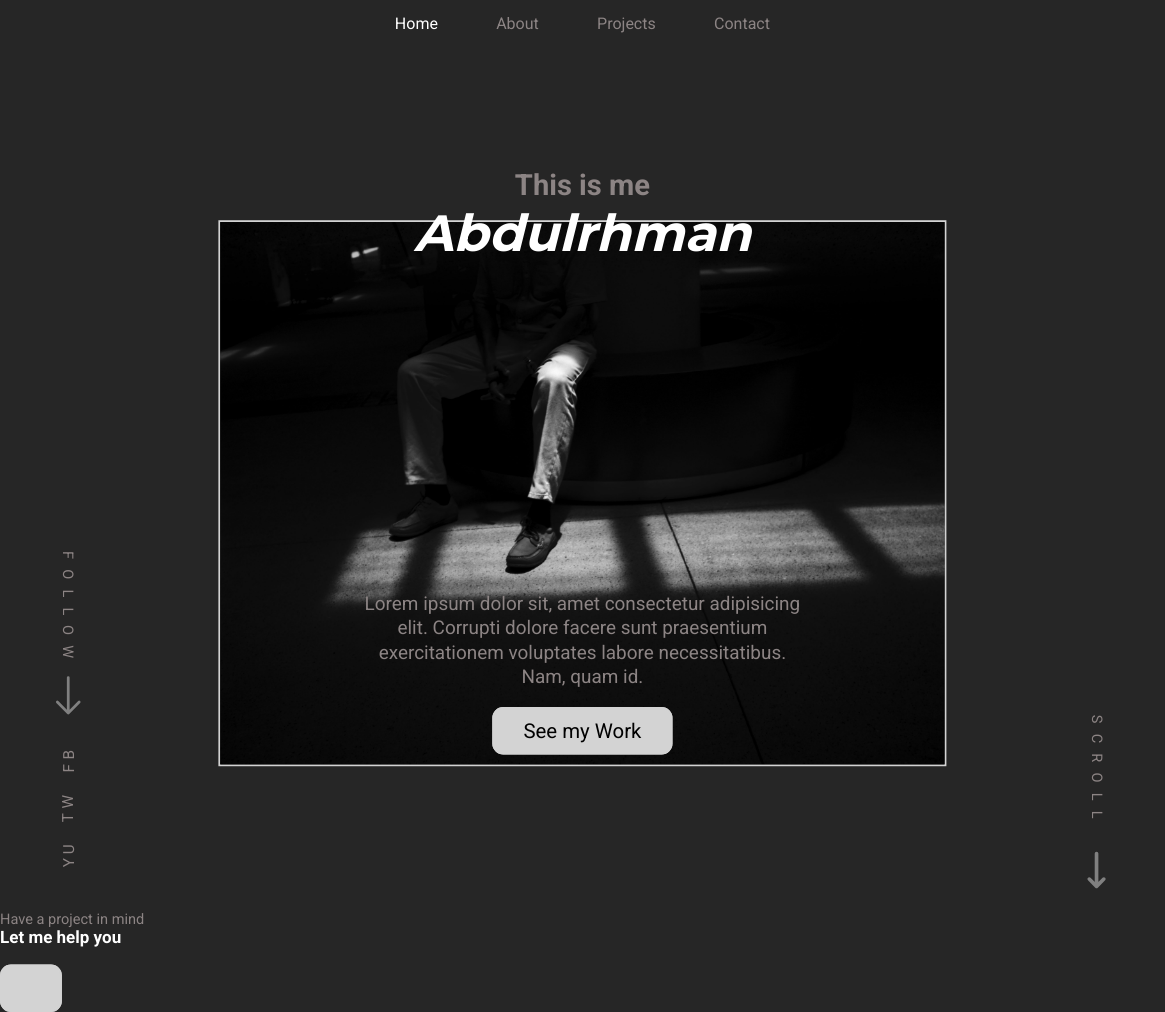
Repository: Abdoulrhman-altyeb/React-Typescript
Page: /
An editor plug-in stored every save of this project. The page is shown before and after the next save, followed by the edit.
The browser window is 1280 px wide. The pictures show the whole page, at 91% of full size.
The project was rebuilt for these pictures with package versions that can differ from the ones it lists, and the page was loaded fresh each time. Also part of the build but not shown: src/Pages/Contact.tsx, src/Pages/About.tsx, src/Pages/Projects.tsx.

Above is the page before, as saved 2021-05-18 15:51:11.

### public/index.html
<!DOCTYPE html>
<html lang="en">

<head>
  <meta charset="utf-8" />
  <meta name="viewport" content="width=device-width, initial-scale=1" />
  <meta name="theme-color" content="#000000" />
  <meta name="description" content="IT Guys Community" />
  <link rel="preconnect" href="https://fonts.gstatic.com">
  <link href="https://fonts.googleapis.com/css2?family=Roboto:wght@300;400;500;700&display=swap" rel="stylesheet">
  <link rel="preconnect" href="https://fonts.gstatic.com">
<link href="https://fonts.googleapis.com/css2?family=Montserrat:wght@200;300;400;500;700&display=swap" rel="stylesheet">
  <title>App Lab</title>
</head>

<body>
  <noscript>You need to enable JavaScript to run this app.</noscript>
  <div id="root"></div>
</body>

</html>

### src/index.tsx
import ReactDOM from "react-dom";
import App from "./App";
import './assits/styles/style.css'

ReactDOM.render(<App/>,document.getElementById("root"));

### src/App.tsx
import React from "react";
import NavBar from './components/NavBar';
import { BrowserRouter as Router, Route, Switch } from 'react-router-dom'
import Home from "./Pages/Home";
import Contact from "./Pages/Contact";
import About from "./Pages/About";
import Projects from "./Pages/Projects";


const App: React.FC = () => {



  return (
    <>
      <Router>
        <NavBar />
        <Switch>
          <Route  path='/' exact>
            <Home />
          </Route>
          <Route path="/contact">
            <Contact />
          </Route>
          <Route path='/about'>
            <About />
          </Route>
          <Route path='/projects'>
              <Projects/>
          </Route>
        </Switch>
      </Router>
    </>
  )
}

export default App;

### src/assits/styles/style.css
* {
    padding:0;
    margin:0;
    box-sizing:border-box;
}

body {
    background:#262626;
    color:white;
    font-family: 'Roboto', sans-serif;
}
img,svg{
    width: 100%;
    height:100%;
    object-fit: cover;
}
.container {
    width:90%;
    max-width:1200px;
    margin: 0 auto;
}

.hero__img {
    height:600px;
}
ul {
    list-style: none;
}
p, h1, span {
    color:#8c8484
}
a {
    text-decoration: none;
    color:#8c8484;
    font-size:0.8rem;
}

### src/components/NavBar.tsx
import React,{useState} from 'react';
import styled from 'styled-components';
import { NavLink } from 'react-router-dom';
import { BiMenu, BiX } from 'react-icons/bi';


const NavBar: React.FC = () => {

    const [isActive, setIsActive] = useState<boolean>(false);

    return (
        <NavBarContainer>
            <div className="hamburgerMenu"
                onClick={() => setIsActive(!isActive)}
                role='button'
                tabIndex={0}
                onKeyDown={() => setIsActive(!isActive)}
            >
                <BiMenu/>
            </div>
            <ul className={isActive ? 'ListItems' : 'ListItems hide-items'}>
                <div className='closeMenu'
                    onClick={() => setIsActive(!isActive)}
                    role='button'
                    tabIndex={0}
                    onKeyDown={() => setIsActive(!isActive)}
                >
                    <BiX/>
                </div>
                <li>
                    <NavLink to='/' exact>
                     Home
                    </NavLink>
                </li>
                <li>
                    <NavLink to="/about">
                        About
                    </NavLink>
                </li>
                <li>
                    <NavLink to='projects'>
                        Projects
                    </NavLink>
                </li>
                <li>
                    <NavLink to='contact'>
                        Contact
                    </NavLink>
                </li>
            </ul>
        </NavBarContainer>
    )
}

const NavBarContainer = styled.nav`
    position: fixed;
    z-index:100;
    top:0;
    left:0;
    background-color:#262626;
    font-family: 'Roboto', sans-serif;
    width:100%;
    ul {
        width:90%;
        max-width:1200px;
        justify-content:center;
        text-align:center;
        margin:0 auto;
        border-radius:12px;
    }
    li {
        display:inline-block;
        cursor:pointer;
    }
    a {
        display:inline-block;
        padding:1rem 2rem;
        font-size:1.1rem;
        color:#8c8484;
        transition:0.3s ease color;
        /* &:hover {
            color:#726f6f;
        } */
    }
    .active {
        color:white;
    }

    .hamburgerMenu {
        font-size:2rem;
        position:absolute;
        top:1rem;
        right:1rem;
        color:white;
        display:none;
        * {
            pointer-events:none;
        }
    }
    .closeMenu{
        display:none;
    }
    @media only screen and (max-width:768px) {
        .hide-items{
            transform: translateY(calc(-100% - 1rem))
        }
        .hamburgerMenu{
            display:block;
        }
        .ListItems {
            width:80%;
            max-width:230px;
            position:absolute;
            top:1rem;
            right:1rem;
            background:#1E1E1E;
            padding:1rem;
            transition: 0.3s ease transform;

            .closeMenu {
                color:white;
                font-size:1.5rem;
                width:1rem;
                margin: 0 0 0 auto;
                cursor: pointer;
                display:block;
                *{
                    pointer-events:none;
                }
            }
        }
        li {
            display:block;
            margin-bottom:1rem;
        }
        a {
            /* padding:1rem; */
            padding:0.2rem;
            outline:none;
        }
    }
`;



export default NavBar;

### src/Pages/Home.tsx
import ContactButton from '../components/ContactButton'
import HeroSection from '../components/HeroSection'

const Home: React.FC = () => {
    return (
        <>
            <HeroSection />
            <ContactButton />
        </>
    )
}

export default Home;

### src/components/ContactButton.tsx
import React from 'react';
import Button from './Button';

const ContactButton: React.FC = () => {
    return (
        <div>
            <p>Have a project in mind</p>
            <h3>Let me help you</h3>
            <Button btnLink='/Contact'/>
        </div>
    )
}

export default ContactButton;

### src/components/HeroSection.tsx
import React from 'react';
import hero from '../assits/images/hero.jpg';
import Button from './Button';
import PaText from './PaText';
import { BsArrowDown } from 'react-icons/bs';
import { HiOutlineArrowNarrowDown } from 'react-icons/hi';
import styled from 'styled-components';

const HeroSection: React.FC = () => {
    return (
        <STYLEDHERO>
            <div className="hero">
                <div className="container">
                    <h1 className="hero__header">
                        <span>This is me</span>
                        <span className='hero__name'>Abdulrhman</span>
                    </h1>
                    <div className="hero__img">
                        <img src={hero} alt="" />
                    </div>
                    <div className="hero__info">
                        <PaText>
                            <p>Lorem ipsum dolor sit, amet consectetur adipisicing elit. Corrupti dolore facere sunt praesentium exercitationem voluptates labore necessitatibus. Nam, quam id.</p>
                        </PaText>
                        <Button btnLink='/projects' btnText='See my Work' outline={false} />
                    </div>
                    <div className="hero__social">
                        <div className="hero__social__indcator">
                            <p>Follow</p>
                            <BsArrowDown className='icon'/>
                        </div>
                        <div className="hero__social__text">
                            <ul>
                                <li>
                                    <a href="https://facebook.com" rel='noreferrer'>FB</a>
                                </li>
                                <li>
                                    <a href="https://twitter.com" rel='noreferrer'>TW</a>
                                </li>
                                <li>
                                    <a href="https://youtube.com" rel='noreferrer'>YU</a>
                                </li>
                            </ul>
                        </div>
                    </div>
                    <div className="hero__scroll">
                        <p>Scroll</p>
                        <HiOutlineArrowNarrowDown className='icon'/>
                    </div>
                </div>
            </div>
        </STYLEDHERO>
    )
}


const STYLEDHERO = styled.div`
    .hero {
        display:flex;
        justify-content:center;
        align-items:center;
        position:relative;
        text-align:center;
        width:100%;
        min-height:1000px;
        height:100vh;
    }
    .hero__header {
        margin-bottom:-3rem;
        position:relative;
        font-size:2rem;
        span{
            display:inline-block;
            width:100%;
        }
        .hero__name{
            font-size:3.5rem;
            font-family: 'Montserrat', sans-serif;
            font-style:italic;
            color:white;
        }
    }
    .hero__img {
        border:2px solid lightgray;
        max-width:800px;
        width:100%;
        height:600px;
        margin:0 auto;
    }
    .hero__info {
        margin-top:-12rem;
    }
    .hero__social,
    .hero__scroll{
        display:flex;
        flex-direction:column;
        width:50px;
        position:absolute;
        bottom:20px;
        gap:2rem;
    }
    .hero__social{
        left:50px;
    }
    .hero__scroll{
        right:50px;
    }
    .icon {
        color:gray;
        min-height:45px;
        width:3rem;
        object-fit:content;
        align-self:center;
    }
    .hero__social{
        p{
            transform:rotate(90deg) translateX(-100px);
            letter-spacing:0.7rem;
            text-transform:uppercase
        }
    }
    .hero__scroll{
        p{
            transform:rotate(90deg) translateX(-80px);
            letter-spacing:0.7rem;
            text-transform:uppercase
        }
    }
    .hero__social__text{
        li {
            margin-bottom:1rem;
        }
        a{
            transform:rotate(-90deg);
            display:inline-block;
            font-size:1.05rem;
            letter-spacing:5px;
            margin-bottom:1rem;
        }
    }
    @media only screen and (max-width:768px) {
        .hero {
            min-height:750px;
        }
        .hero__header{
            margin-bottom:-2rem;
            font-size:1.4rem;
            .hero__name{
                font-size:3rem;
            }
        }
        .hero__img{
            height:300px;
        }
        .hero__info{
            margin-top:3rem;
        }
        .hero__social,
        .hero__scroll{
            width:25px;
            bottom:-30px;
            font-size:0.9rem;
            P{
                letter-spacing:0.5rem;
                transform:translateY(-20px) rotate(90deg)
            }
            a{
                letter-spacing:2px;
            }
        }
        .hero__social {
            gap:1rem;
            P{
                transform:translateY(-60px) rotate(90deg)
            }
        }
        .hero__social {
            left:0;
            bottom:-20%;
        }
        .hero__scroll{
            right:0;
        }
        .hero__social__text {
            a{
                margin-bottom:1rem;
                font-size:1rem;
            }
        }
        .icon{
            width:25px;
            min-height:80px;
            align-self:center;
        }
    }
`;
export default HeroSection;

### src/components/Button.tsx
import React from 'react';
import { Link } from 'react-router-dom';
import styled from 'styled-components'


const Button:React.FC<ButtonProps> = ({btnLink,btnText,outline}) => {
    return (
        <BTNSTYLE >
            <Link className='button' to={btnLink} >{btnText}</Link>
        </BTNSTYLE>
    )
}


const BTNSTYLE = styled.div`
    padding-top:2rem;
    .button{
        background:lightgray;
        padding:0.7rem 2rem;
        color:black;
        border-radius:12px;
        border:2px solid lightgray;
        cursor:pointer;
        font-size:1.4rem;
    }
    @media only screen and (max-width:768px) {
        .button{
            font-size:1.2rem;
        }
    }
`;

export default Button

### src/components/PaText.tsx
import styled from 'styled-components'

const PaText: React.FC = ({children}) => {

    return (
        <TextContainer>
            {children}
        </TextContainer>
    )
}

const TextContainer = styled.div`
    max-width:500px;
    margin:0 auto;
    line-height:1.3em;
    font-size:1.3rem;
    @media only screen and (max-width:768px) {
        font-size:1.1rem;
    }
`;

export default PaText

After the next save:
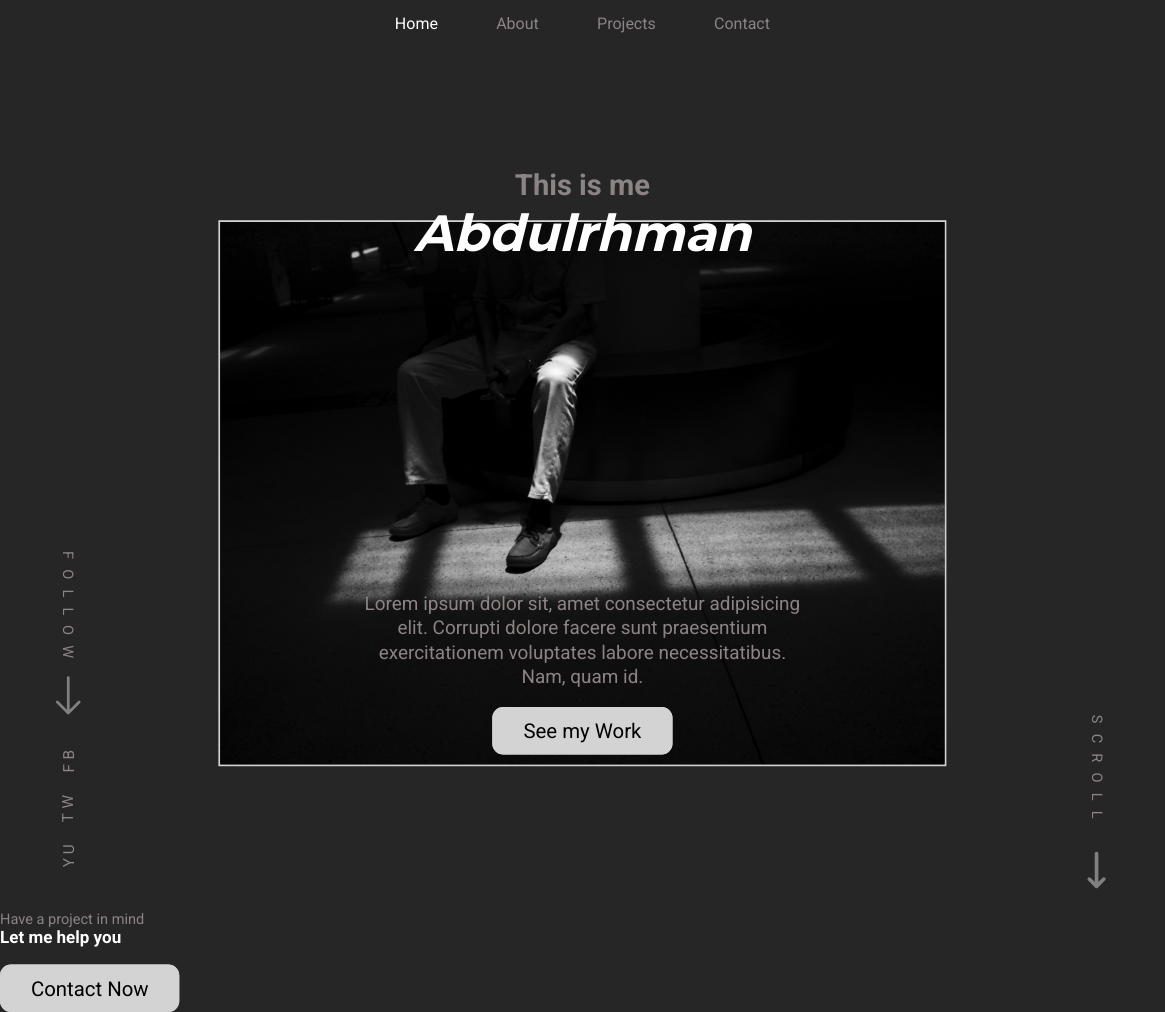
Saved 22 s later.
--- a/src/components/ContactButton.tsx
+++ b/src/components/ContactButton.tsx
@@ -6,7 +6,7 @@ const ContactButton: React.FC = () => {
         <div>
             <p>Have a project in mind</p>
             <h3>Let me help you</h3>
-            <Button btnLink='/Contact'/>
+            <Button btnLink='/Contact' btnText='Contact Now' outline={false}/>
         </div>
     )
 }
